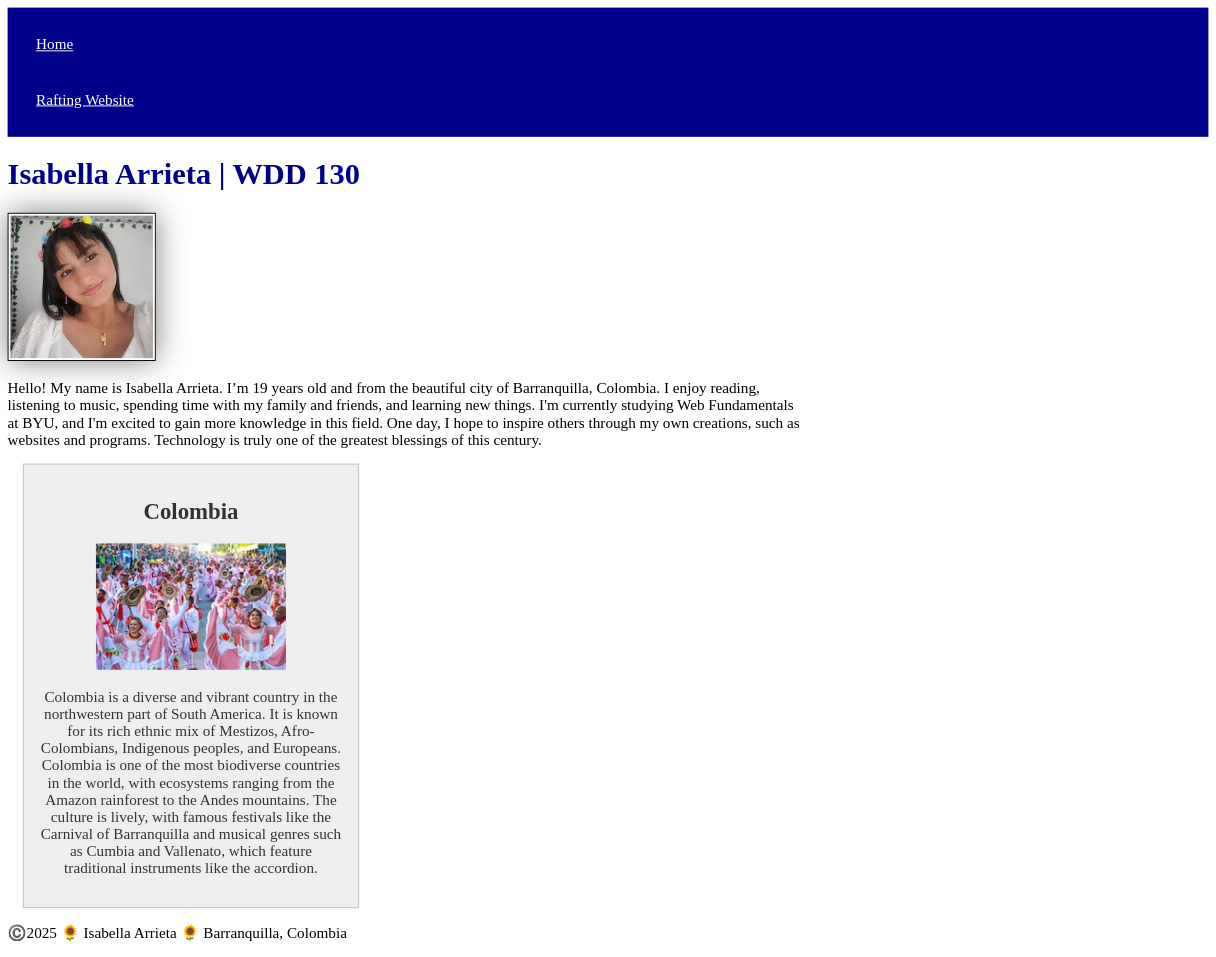
Repository: isaAJ05/wdd130
Page: index.html
The author's editor kept a copy of each file at every save. The page is drawn from the files as they stood at one save, then again after a run of saves.
The browser window is 1280 px wide. The pictures show the whole page, at 95% of full size.

Above is the page before, as saved 2025-05-15 12:56:06.

After the next 3 saves:
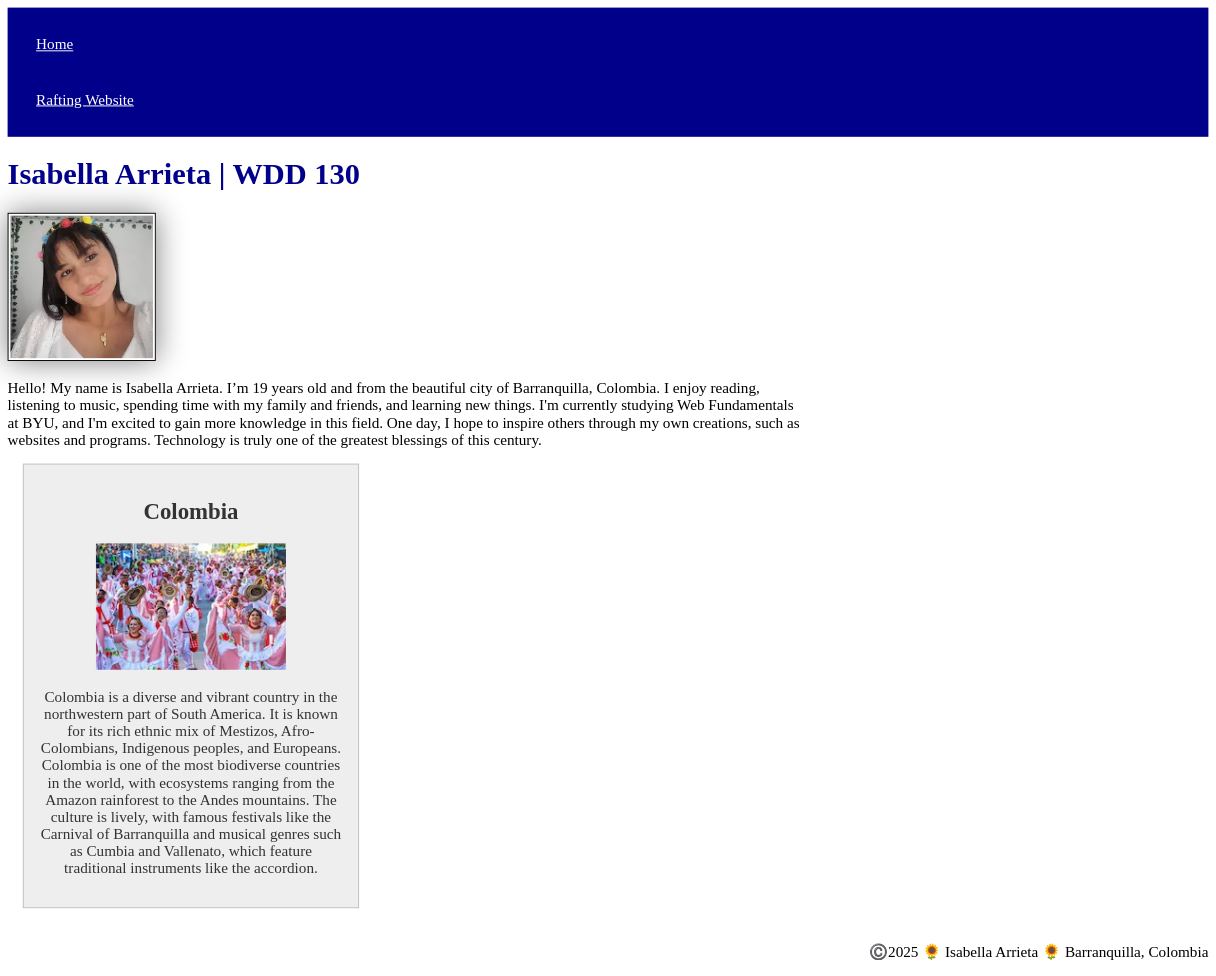
The 3 saves are shown as one change because they came seconds apart.
The last was saved 60 s later.
--- a/styles/styles.css
+++ b/styles/styles.css
@@ -43,3 +43,8 @@ aside img{
     width: 200px;
     height: auto;
 }
+footer{
+    border-top: 1px dotted white;
+    padding-top: 3px;
+    text-align: right;
+}
